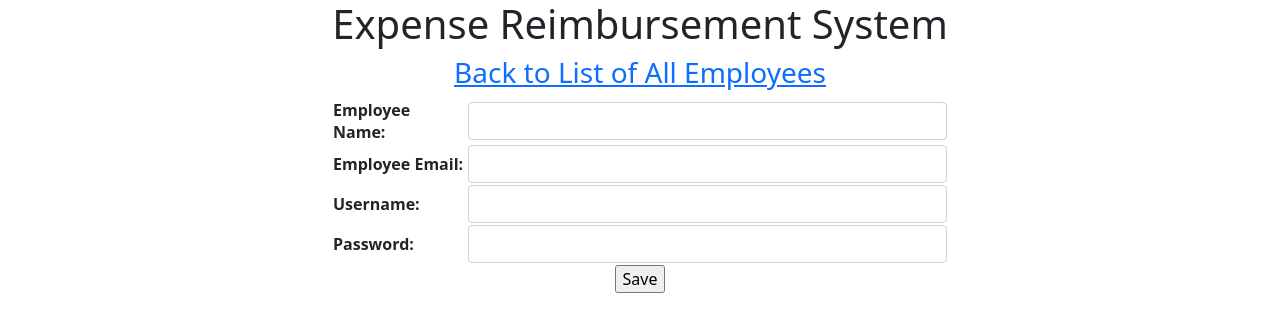
Repository: CCunningham0/project1
Page: http://localhost/reimbursement/employee-form.jsp
An editor plug-in stored every save of this project. The page is shown before and after the next save, followed by the edit.
The browser window is 1280 px wide. The pictures show the whole page.
The page is served by Tomcat 10. Other server files are loaded and not shown.

Above is the page before, as saved 2021-09-07 05:33:25.

### reimbursement/src/main/webapp/employee-form.jsp
<html>
<head>
<meta charset="UTF-8">
<title>Expense Reimbursement System</title>
<link href="https://cdn.jsdelivr.net/npm/bootstrap@5.1.0/dist/css/bootstrap.min.css" rel="stylesheet" integrity="sha384-KyZXEAg3QhqLMpG8r+8fhAXLRk2vvoC2f3B09zVXn8CA5QIVfZOJ3BCsw2P0p/We" crossorigin="anonymous">
<script src="https://cdn.jsdelivr.net/npm/bootstrap@5.1.0/dist/js/bootstrap.bundle.min.js" integrity="sha384-U1DAWAznBHeqEIlVSCgzq+c9gqGAJn5c/t99JyeKa9xxaYpSvHU5awsuZVVFIhvj" crossorigin="anonymous"></script>
<script type="text/javascript" language="javascript" src="https://code.jquery.com/jquery-3.5.1.js"></script>
<script type="text/javascript">
</script>

</head>

<body>



<div class="container-fluid">
<div class="row">
	<div class="col-md-3"></div>
	<div class="col-md-6" style="text-align:center;">
	 <h1>Expense Reimbursement System</h1>
        <h3>
         <a href="employee-list.jsp">Back to List of All Employees</a>
        </h3>


	<form action="http://localhost:8080/reimbursement/EmployeeServlet?action=add" method="post">
        <table>
        <tr>
                <th>Employee Name: </th>
                <td>
                 <input class="form-control" type="text" name="name" size="45"

                  />
                </td>
            </tr>
            <tr>
                <th>Employee Email: </th>
                <td>
                 <input class="form-control"  type="text" name="email" size="45"

                 />
                </td>
            </tr>
            <tr>
                <th>Username: </th>
                <td>
                 <input class="form-control"  type="text" name="username" size="15"

                 />
                </td>
            </tr>
            <tr>
                <th>Password: </th>
                <td>
                 <input class="form-control" type="number" name="password" size="15"/>
                </td>
            </tr>
            <!-- <tr>
                <th>Type </th>
                <td>
				  <input type="radio" id="emp" name="type" value="Employee">
				  <label for="emp">Employee</label>
				  <br>
				  <input type="radio" id="manager" name="type" value="Finance manager">
				  <label for="manager">Finance manager</label>
                </td>
            </tr> -->
            <tr>
             <td colspan="2" align="center">
              <input type="submit" value="Save" />
             </td>
            </tr>
        </table>
   </form>


	</div>

	<div class="col-md-3"></div>
</div>

</div>


</body>
</html>

After the next save:
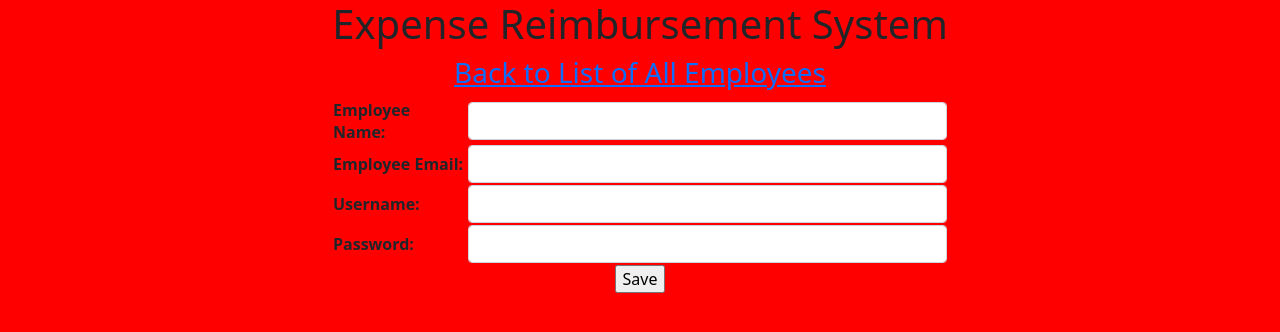
Saved 48 s later.
--- a/reimbursement/src/main/webapp/employee-form.jsp
+++ b/reimbursement/src/main/webapp/employee-form.jsp
@@ -10,14 +10,14 @@
 
 </head>
 
-<body>
+<body style="background-color:red;">
 
 
 
 <div class="container-fluid">
 <div class="row">
 	<div class="col-md-3"></div>
-	<div class="col-md-6" style="text-align:center;">
+	<div class="col-md-6" style="text-align:center;" >
 	 <h1>Expense Reimbursement System</h1>
         <h3>
          <a href="employee-list.jsp">Back to List of All Employees</a>
